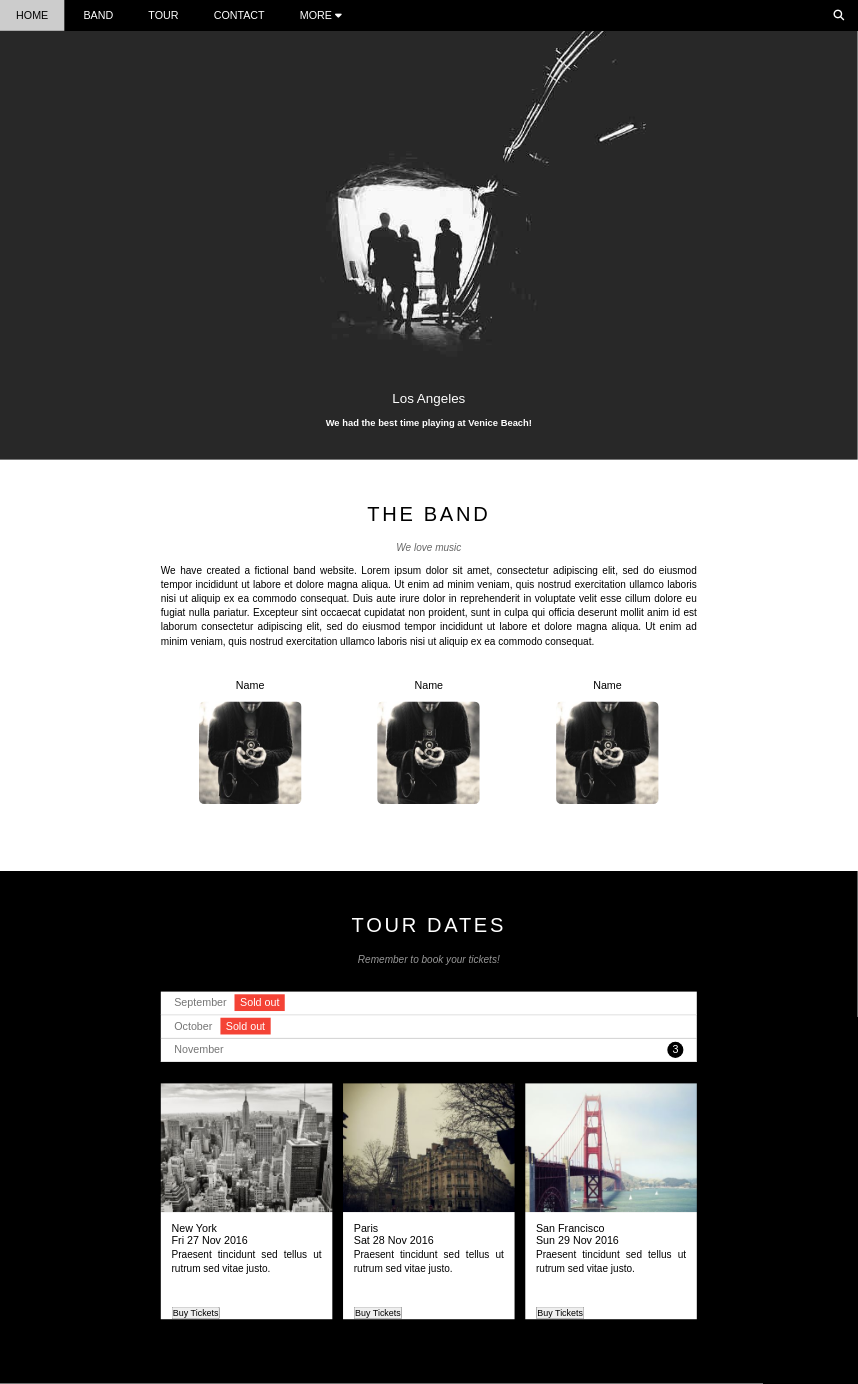
Repository: TranPhucThinh/clone-the-band
Page: index.html
The author's editor kept a copy of each file at every save. The page is drawn from the files as they stood at one save, then again after the next save.
The browser window is 1280 px wide. The pictures show the whole page, at 67% of full size.
Some web libraries are served in a nearby version.

Above is the page before, as saved 2022-08-04 13:45:33.

After the next save:
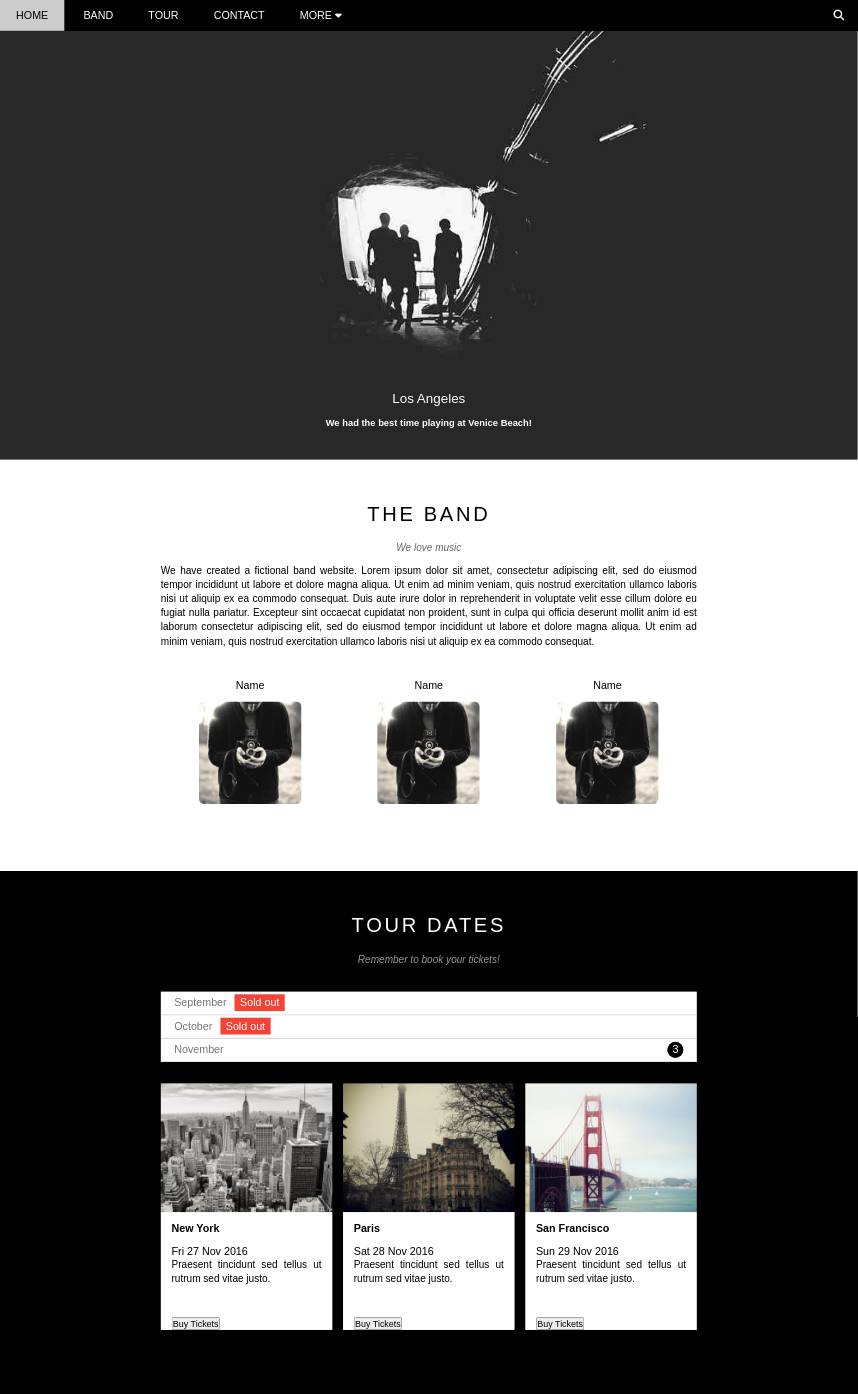
Saved 89 s later.
--- a/assets/style.css
+++ b/assets/style.css
@@ -227,6 +227,7 @@ html {
 }
 
 .place-content .place {
-  padding-top: 16px;
+  padding: 16px 0;
+  font-weight: 700;
 }
 /* End of Tour date Section */
